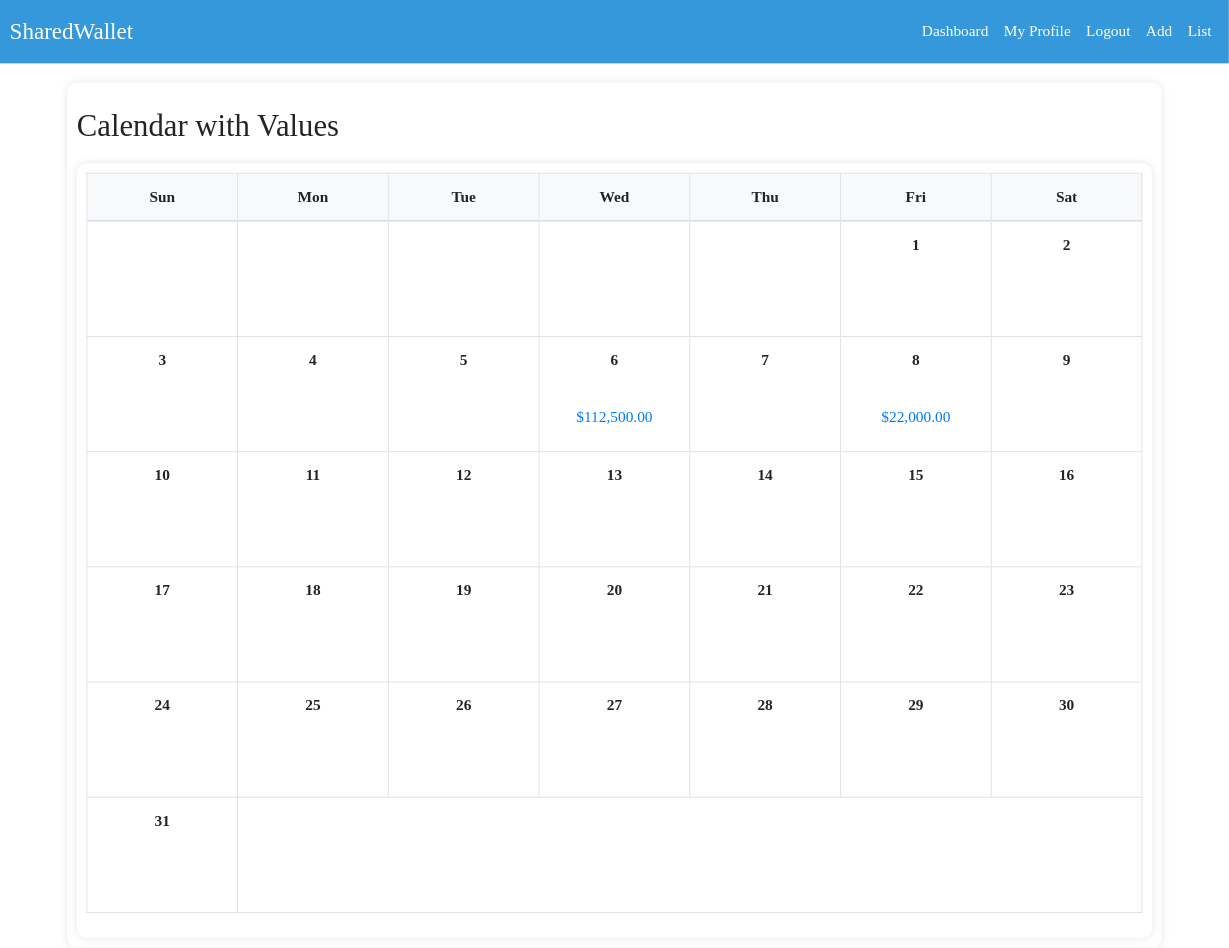
Repository: YoonHakyoung/SharedWallet
Page: http://localhost/Final_Exam/WEB-INF/views/asset/calender.jsp
These files come from the project's save history. The page is drawn as it stood at one moment and after the next save; the edit follows.
The browser window is 1280 px wide. The pictures show the whole page, at 96% of full size.
Some web fonts or font styles are not loaded; a fallback is used. The page is served by Tomcat 9. Nobody is signed in. The template is opened directly, without the code that normally fills it, so the values that code supplies are empty.

Above is the page before, as saved 2023-12-10 07:29:43.

After the next save:
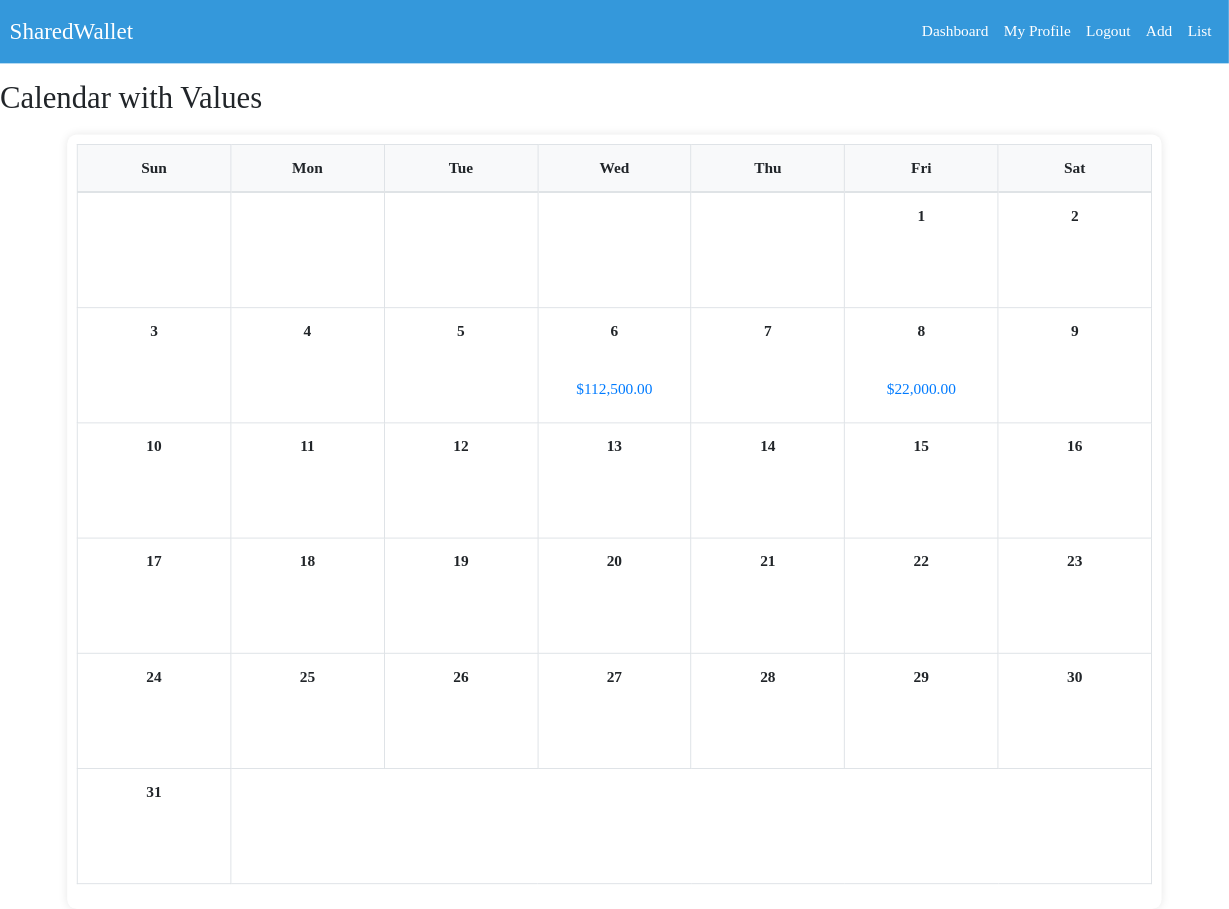
Saved 15 s later.
--- a/Spring/Project/Final Exam/src/main/webapp/WEB-INF/views/asset/calender.jsp
+++ b/Spring/Project/Final Exam/src/main/webapp/WEB-INF/views/asset/calender.jsp
@@ -89,7 +89,7 @@
     String[] weekDays = {"Sun", "Mon", "Tue", "Wed", "Thu", "Fri", "Sat"};
 %>
 
-<div class="container">
+<main>
     <h2 class="mt-3">Calendar with Values</h2>
 	<div class="container mt-5">
     <table class="table table-bordered">
@@ -137,7 +137,7 @@
         </tbody>
     </table>
     </div>
-</div>
+<main>
 
 <!-- 부트스트랩 JavaScript 및 종속성 -->
 <script src="https://code.jquery.com/jquery-3.3.1.slim.min.js"></script>
